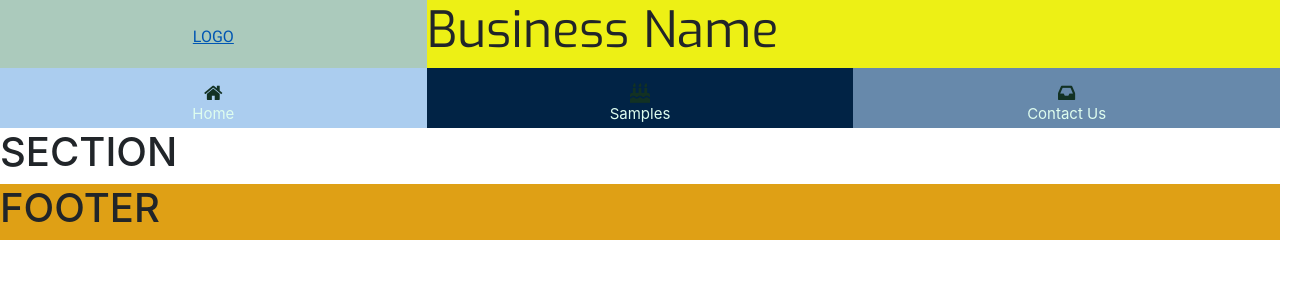
Repository: seanjcarley/Milestone1
Page: index.html
The author's editor kept a record of every edit. The page is drawn from the files as they stood at one moment, then again after the next edit.
The browser window is 1280 px wide. The page is 1295 px wide, so the pictures cover 1295 px, including what lies to the right of the window. The pictures show the whole page.

Above is the page before.

After the next edit:
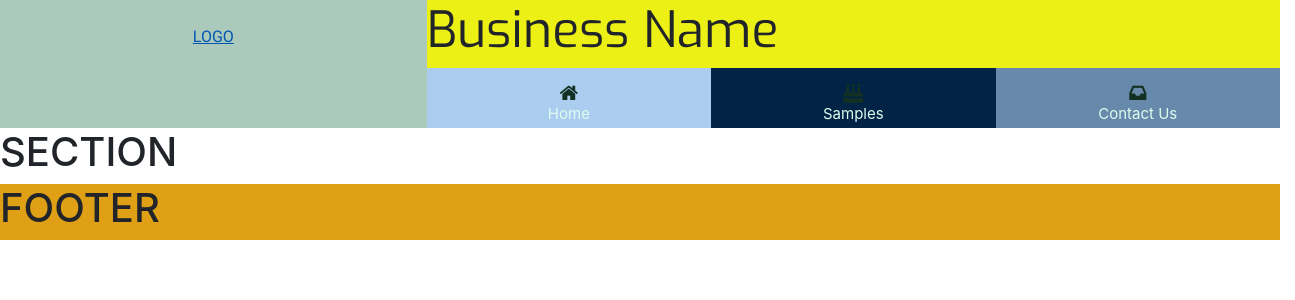
The edit:
--- a/index.html
+++ b/index.html
@@ -22,22 +22,21 @@
                         <h1 class="name">Business Name</h1>
                     </div>
                 </div>
-
-            </div>
-        </div>
-        <div class="row no-gutters">
-            <div class="col">
-                <ul id="nav" class="list-inline menucontainer">
-                    <li class="col col-sm-4 menu-item-color-home list-inline-item menuitem">
-                        <a href="index.html"><i class="fa fa-home" aria-hidden="true"></i><span>Home</span></a>
-                    </li>
-                    <li class="col col-sm-4 menu-item-color-samples list-inline-item menuitem">
-                        <a href="#"><i class="fa fa-birthday-cake" aria-hidden="true"></i><span>Samples</span></a>
-                    </li>
-                    <li class="col col-sm-4 menu-item-color-contact list-inline-item menuitem">
-                        <a href="#"><i class="fa fa-inbox" aria-hidden="true"></i><span>Contact Us</span></a>
-                    </li>
-                </ul>
+                <div class="row no-gutters">
+                    <div class="col">
+                        <ul id="nav" class="list-inline menucontainer">
+                            <li class="col col-sm-4 menu-item-color-home list-inline-item menuitem">
+                                <a href="index.html"><i class="fa fa-home" aria-hidden="true"></i><span>Home</span></a>
+                            </li>
+                            <li class="col col-sm-4 menu-item-color-samples list-inline-item menuitem">
+                                <a href="#"><i class="fa fa-birthday-cake" aria-hidden="true"></i><span>Samples</span></a>
+                            </li>
+                            <li class="col col-sm-4 menu-item-color-contact list-inline-item menuitem">
+                                <a href="#"><i class="fa fa-inbox" aria-hidden="true"></i><span>Contact Us</span></a>
+                            </li>
+                        </ul>
+                    </div>
+                </div>
             </div>
         </div>
     </header>
